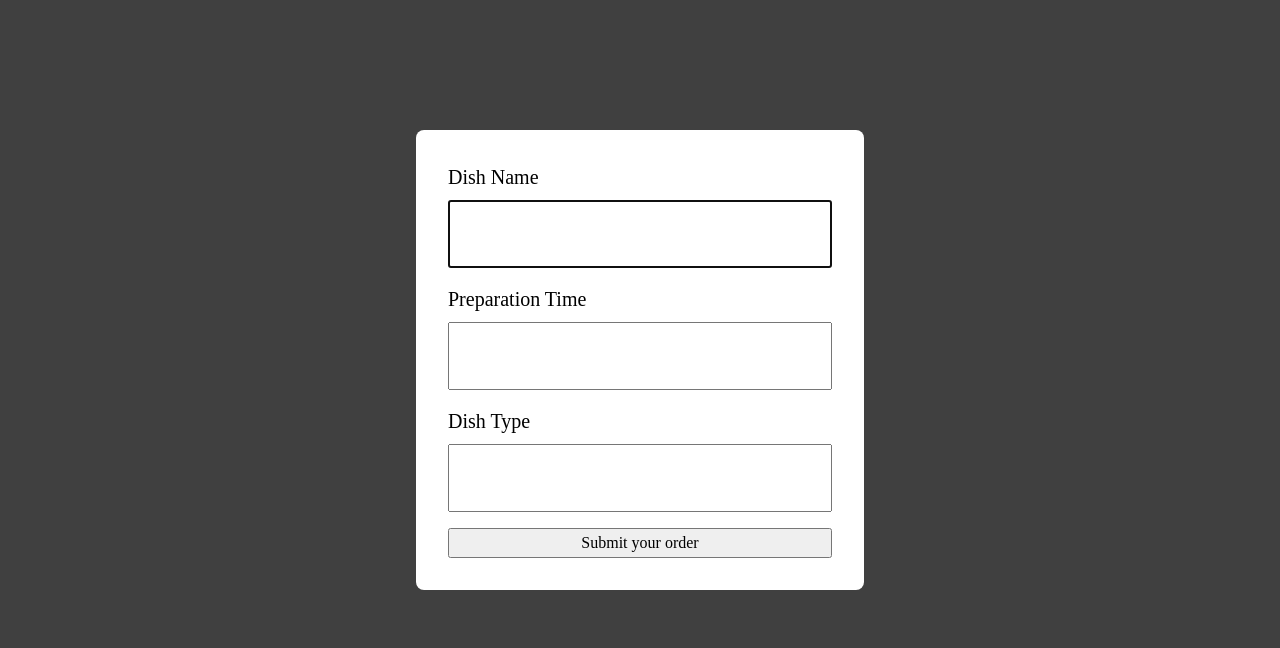
Repository: hjubsoni/hex-ocean-task
Page: /, after clicking the first element matching `button.order-button`
The author's editor kept a copy of each file at every save. The page is drawn from the files as they stood at one save, then again after the next save.
The browser window is 1280 px wide. The pictures show the whole page.
The project was rebuilt for these pictures with package versions that can differ from the ones it lists, and the page was loaded fresh each time. Also part of the build but not shown: vite.config.ts.

Above is the page before, as saved 2023-03-21 22:32:12.

After the next save:
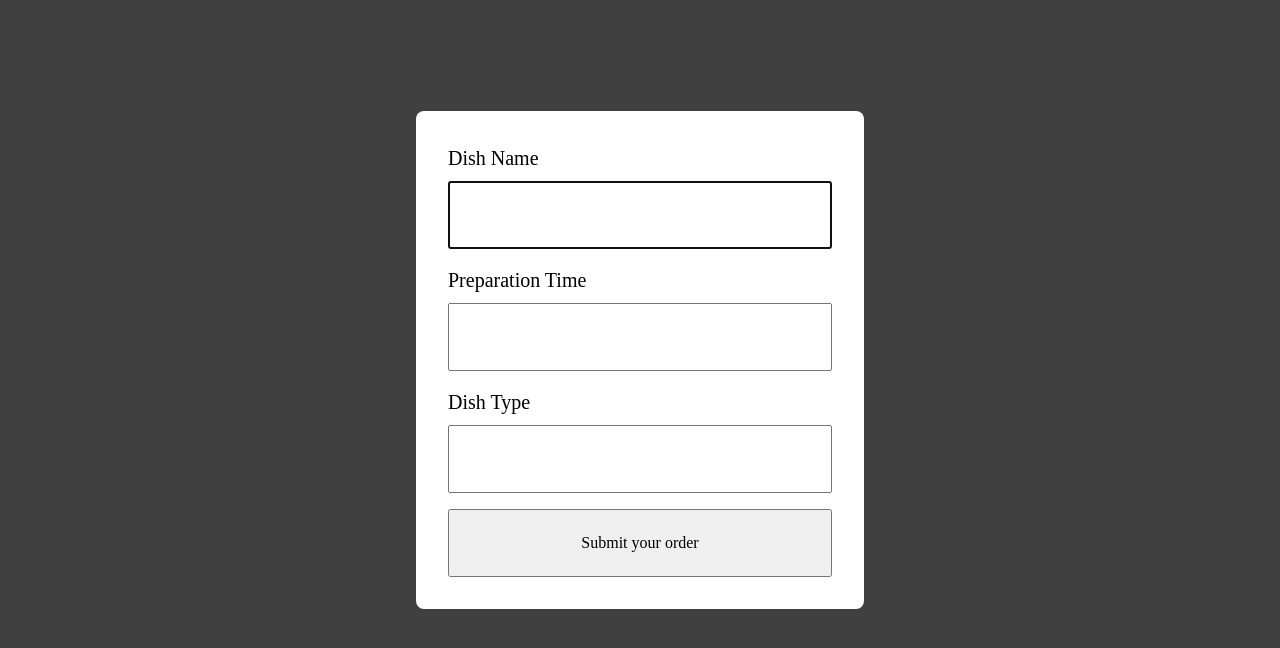
Saved 8 s later.
--- a/src/components/ModalForm/ModalForm.tsx
+++ b/src/components/ModalForm/ModalForm.tsx
@@ -21,7 +21,9 @@ function ModalForm({ handleDismiss }: { handleDismiss: () => void }) {
             <label className="form-label">Dish Type</label>
             <input className="form-input" />
           </div>
-          <button type="submit">Submit your order</button>
+          <button type="submit" className="submit-button">
+            Submit your order
+          </button>
         </form>
       </div>
     </FocusLock>
